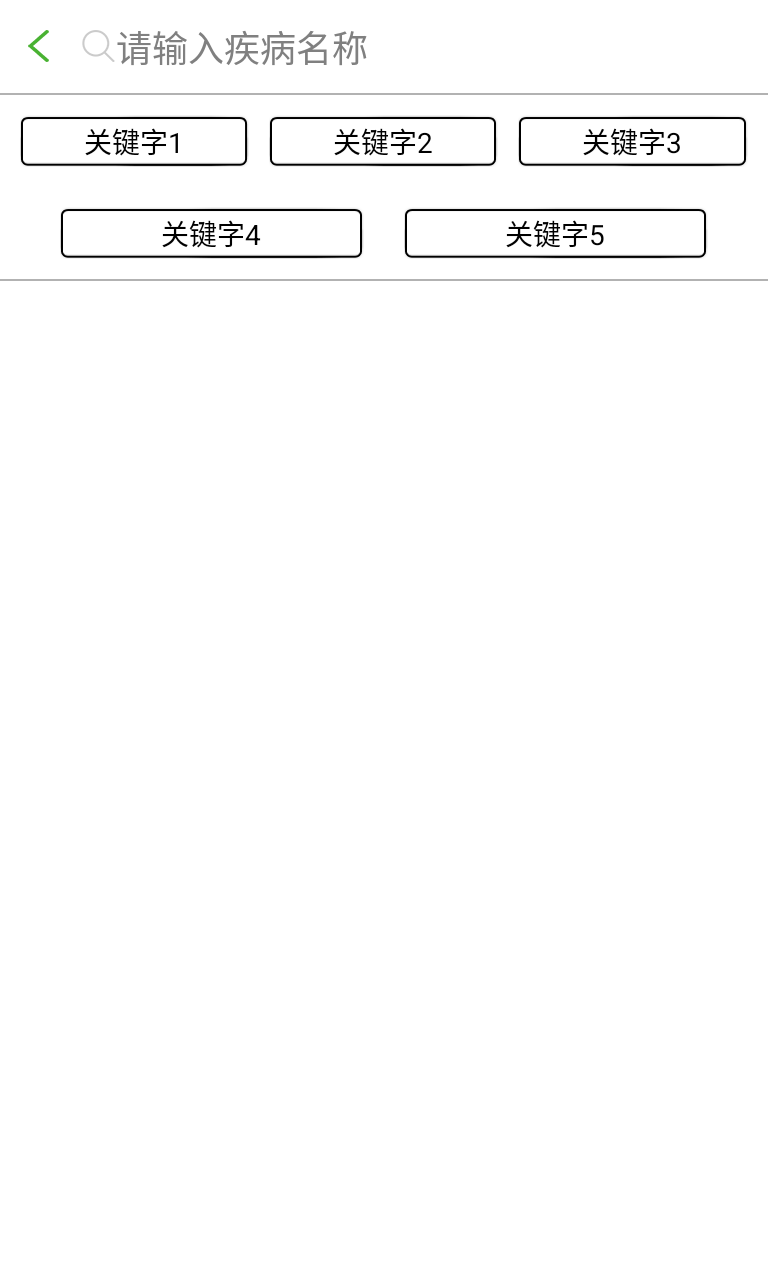
Repository: hjhlove110/XYApp
Layout: XYApp/res/layout/serache_view.xml
The author's editor kept a copy of each file at every save. The layout is drawn from the files as they stood at one save, then again after the next save.
It is drawn on a 768 x 1280 px phone screen (xhdpi) without system bars, with theme Translucent; the app's code is not run.

Above is the layout before, as saved 2015-09-23 05:45:32.

After the next save:
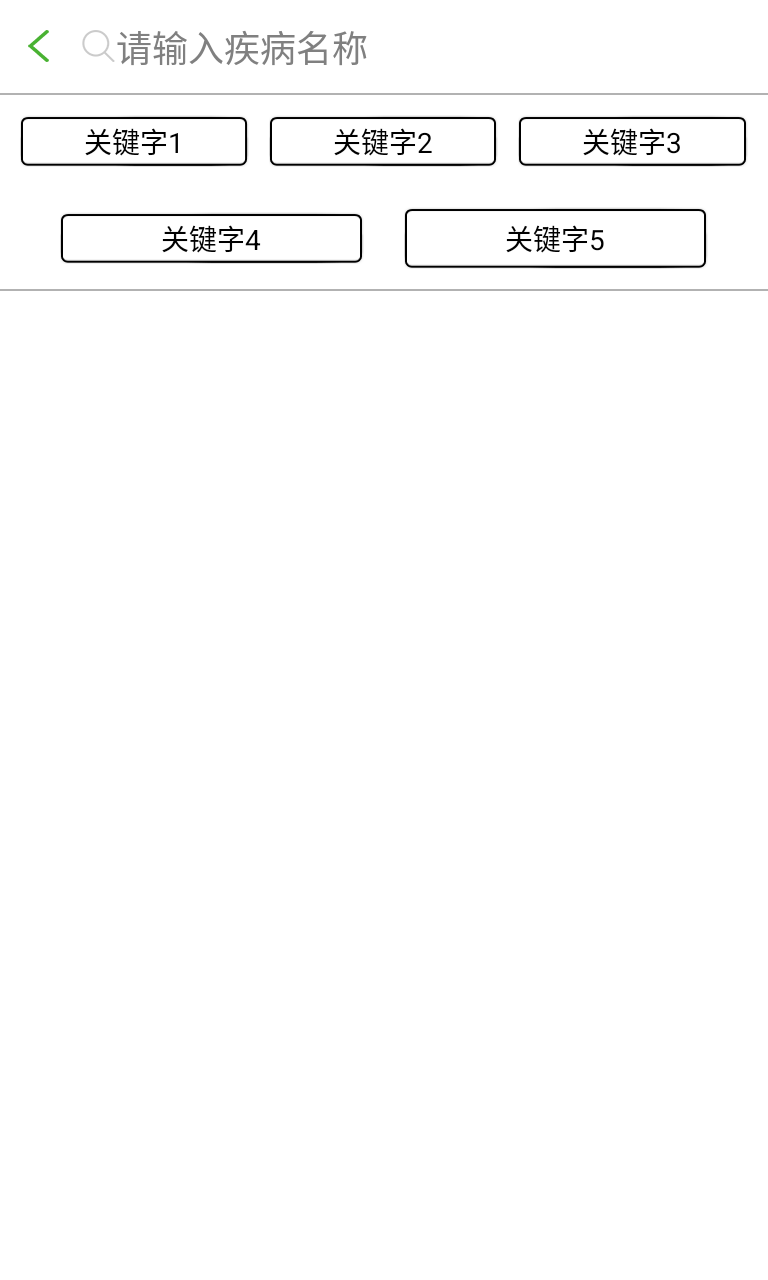
Saved 63 s later.
--- a/XYApp/res/layout/serache_view.xml
+++ b/XYApp/res/layout/serache_view.xml
@@ -89,6 +89,8 @@
             android:layout_height="wrap_content"
             android:layout_marginLeft="20dp"
             android:layout_marginRight="20dp"
+            android:paddingTop="5dp"
+            android:paddingBottom="5dp"
             android:layout_weight="1"
             android:background="@drawable/edittext_back"
             android:text="关键字5" />
